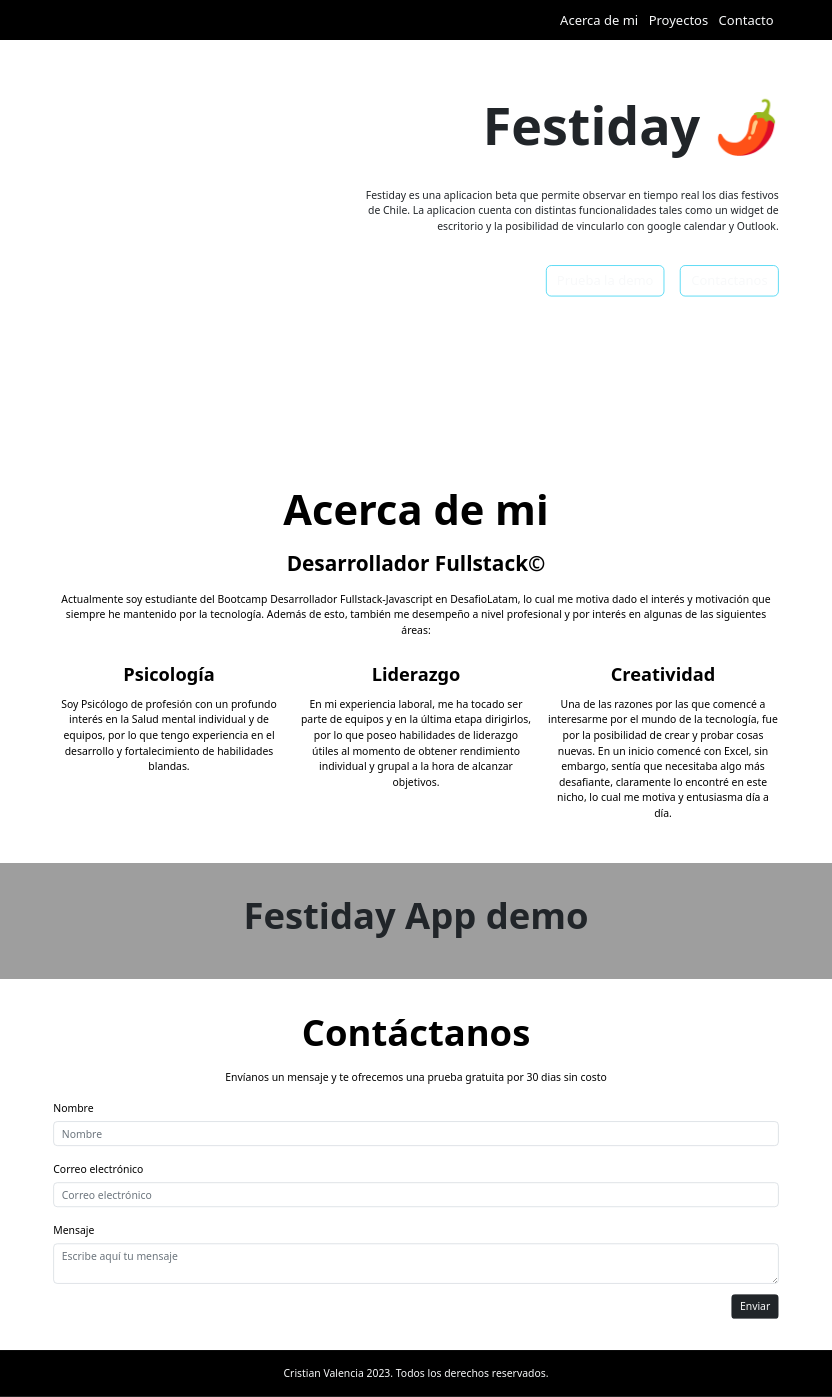
Repository: cvalenciapatagonia/Desafio-4-React-I
Page: /
An editor plug-in stored every save of this project. The page is shown before and after the next save, followed by the edit.
The browser window is 1280 px wide. The pictures show the whole page, at 65% of full size.
Pictures or frames that could not be fetched are drawn as grey boxes. The project was rebuilt for these pictures with package versions that can differ from the ones it lists, and the page was loaded fresh each time. Also part of the build but not shown: vite.config.js, src/App.css.

Above is the page before, as saved 2023-09-07 17:56:44.

### index.html
<!doctype html>
<html lang="en">
  <head>
    <meta charset="UTF-8" />
    <link rel="icon" type="image/svg+xml" href="/vite.svg" />
    <meta name="viewport" content="width=device-width, initial-scale=1.0" />
    <title>Desafio 4 React I</title>
  </head>
  <body>
    <div id="root">


    </div>
    <script type="module" src="/src/main.jsx"></script>
  </body>
</html>

### src/main.jsx

import React from 'react'
import ReactDOM from 'react-dom/client'
import App from './App.jsx'

import './index.css'


ReactDOM.createRoot(document.getElementById('root')).render(
  <React.StrictMode>
    <App />
  </React.StrictMode>,
)

### src/App.jsx
import React, { useState } from "react";
import "./App.css";
import "bootstrap/dist/css/bootstrap.min.css";
// import MiApi from './components/MiApi';
// import Buscador from './components/Buscador';

function App() {
  const [sortOption, setSortOption] = useState("asc"); // Estado para almacenar la opción de ordenamiento

  return (
    <div className="App">
      <header>
        {/* BARRA DE NAVEGACION */}
        <nav className="navbar navbar-expand-lg navbar-dark fixed-top navbar-custom">
          <div className="container">
            {/* <img src="assets/img/logo.png" className="img-fluid img-logo" /> */}
            <button
              className="navbar-toggler"
              type="button"
              data-bs-toggle="collapse"
              data-bs-target="#navbarTogglerDemo01"
              aria-controls="navbarTogglerDemo01"
              aria-expanded="false"
              aria-label="Toggle navigation"
            >
              <span className="navbar-toggler-icon"></span>
            </button>
            <div className="collapse navbar-collapse" id="navbarTogglerDemo01">
              <a className="navbar-brand" href="#"></a>
              <ul className="navbar-nav ms-auto mb-2 mb-lg-0 fs-5">
                <li className="nav-item">
                  <a
                    className="nav-link active text-light"
                    aria-current="page"
                    href="#Acerca-de-mi"
                  >
                    Acerca de mi
                  </a>
                </li>
                <li className="nav-item">
                  <a
                    className="nav-link active text-light"
                    href="#Mis-proyectos"
                  >
                    Proyectos
                  </a>
                </li>
                <li className="nav-item">
                  <a className="nav-link active text-light" href="#Contacto">
                    Contacto
                  </a>
                </li>
              </ul>
            </div>
          </div>
        </nav>
        {/* Fin de la barra de navegación */}
      </header>

      <section id="Hero-Section" className="text-dark text-end py-5 mt-5">
        <div className="container">
          <div className="ms-auto col-12 col-md-7">
            <h1 className="display-1 fw-bold my-5">
              Festiday 🌶️ {/* El signo agregado significa "cursando" */}
            </h1>
            <p className="my-5">
              Festiday es una aplicacion beta que permite observar en tiempo
              real los dias festivos de Chile. La aplicacion cuenta con
              distintas funcionalidades tales como un widget de escritorio y la
              posibilidad de vincularlo con google calendar y Outlook.
            </p>
            <div className="mb-5 pb-5">
              <a
                className="btn btn-lg btn-outline-info text-light me-4"
                href="#Mis-proyectos"
              >
                Prueba la demo
              </a>
              <a
                className="btn btn-lg btn-outline-info text-light"
                href="#Contacto"
              >
                Contactanos
              </a>
            </div>
          </div>
        </div>
      </section>

      {/* ACERCA DE MI */}
      <section id="Acerca-de-mi" className="container text-center my-5">
        <h2 className="display-3 fw-bold my-4">Acerca de mi</h2>
        <i className="fas fa-solid fa-laptop-code fa-2x my-3"></i>
        <h3 className="subtitulo2 my-3 fw-bold">Desarrollador Fullstack©</h3>
        <i className="fas fa-solid fa-code fa-2x my-3"></i>

        <p className="my-4">
          Actualmente soy estudiante del Bootcamp Desarrollador
          Fullstack-Javascript en DesafioLatam, lo cual me motiva dado el
          interés y motivación que siempre he mantenido por la tecnología.
          Además de esto, también me desempeño a nivel profesional y por interés
          en algunas de las siguientes áreas:
        </p>

        <div className="row">
          <div className="col-12 col-md-4">
            <i className="fas fa-solid fa-brain fa-3x my-3"></i>
            <h3 className="my-3 fw-bold">Psicología</h3>
            <p className="my-3">
              Soy Psicólogo de profesión con un profundo interés en la Salud
              mental individual y de equipos, por lo que tengo experiencia en el
              desarrollo y fortalecimiento de habilidades blandas.
            </p>
          </div>
          <div className="col-12 col-md-4">
            <i className="fas fa-bullhorn fa-3x my-3"></i>
            <h3 className="my-3 fw-bold">Liderazgo</h3>
            <p className="my-3">
              En mi experiencia laboral, me ha tocado ser parte de equipos y en
              la última etapa dirigirlos, por lo que poseo habilidades de
              liderazgo útiles al momento de obtener rendimiento individual y
              grupal a la hora de alcanzar objetivos.
            </p>
          </div>
          <div className="col-12 col-md-4">
            <i className="fas fa-regular fa-lightbulb fa-3x my-3"></i>
            <h3 className="my-3 fw-bold">Creatividad</h3>
            <p className="my-3">
              Una de las razones por las que comencé a interesarme por el mundo
              de la tecnología, fue por la posibilidad de crear y probar cosas
              nuevas. En un inicio comencé con Excel, sin embargo, sentía que
              necesitaba algo más desafiante, claramente lo encontré en este
              nicho, lo cual me motiva y entusiasma día a día.
            </p>
          </div>
        </div>
      </section>
      {/* Fin de ACERCA DE MI */}

      {/* MIS PROYECTOS */}
      <section id="Mis-proyectos" className="my-5 p-5">
        <div className="container">
          <h2 className="display-4 fw-bold text-center text-dark mb-3">
            Festiday App demo
          </h2>

          <div className="row"></div>
        </div>
      </section>
      {/* Fin de MIS PROYECTOS */}

      {/* CONTACTAME */}
      <section id="Contacto" className="container my-5">
        <h2 className="display-4 fw-bold text-center my-4">Contáctanos</h2>

        <p className="text-center my-4 d-none d-md-block">
          Envíanos un mensaje y te ofrecemos una prueba gratuita por 30 dias sin
          costo
        </p>

        <form>
          <div className="form-group mb-4">
            <label className="mb-2">Nombre</label>
            <input className="form-control" placeholder="Nombre" />
          </div>

          <div className="form-group mb-4">
            <label className="mb-2">Correo electrónico</label>
            <input className="form-control" placeholder="Correo electrónico" />
          </div>

          <div className="form-group">
            <label className="mb-2">Mensaje</label>
            <textarea
              className="form-control"
              placeholder="Escribe aquí tu mensaje"
            ></textarea>
          </div>

          <div className="my-3 text-end">
            <button className="btn bg-dark text-light">Enviar</button>
          </div>
        </form>
      </section>
      {/* Fin de CONTACTAME */}

      {/* FOOTER */}
      <footer className="text-center text-light p-4">
        <p className="mb-0">
          Cristian Valencia 2023. Todos los derechos reservados.
        </p>
      </footer>
      {/* Fin de FOOTER */}
    </div>
  );
}

export default App;

{
  /* <h1>Feriados en Chile</h1> */
}
{
  /* Pasa el estado y la función de cambio de ordenamiento al componente Buscador */
}
{
  /* <Buscador onSortChange={setSortOption} />
<MiApi apiURL="https://api.victorsanmartin.com/feriados/en.json" sortOption={sortOption} /> */
}

### src/index.css
/* :root {
  font-family: Inter, system-ui, Avenir, Helvetica, Arial, sans-serif;
  line-height: 1.5;
  font-weight: 400;

  color-scheme: light dark;
  color: rgba(255, 255, 255, 0.87);
  background-color: #242424;

  font-synthesis: none;
  text-rendering: optimizeLegibility;
  -webkit-font-smoothing: antialiased;
  -moz-osx-font-smoothing: grayscale;
  -webkit-text-size-adjust: 100%;
}

a {
  font-weight: 500;
  color: #646cff;
  text-decoration: inherit;
}
a:hover {
  color: #535bf2;
}

body {
  margin: 0;
  display: flex;
  place-items: center;
  justify-content: center;
  min-width: 320px;
  min-height: 100vh;
}

h1 {
  font-size: 3.2em;
  line-height: 1.1;
}

table {
  width: 100%;
  border-collapse: collapse;
}

table th, table td {
  text-align: start;
  padding: 8px;
  border: 1px solid #ddd;
}


table th {
  background-color: rgb(198, 43, 43);
  font-weight: bold;
}
 */

 .navbar-custom {
  background-color: rgb(0, 0, 0);
}

.img-logo {
  height: 250px;
  width: 350px;
}

@media (max-width: 576px) {
  .img-logo {
    height: 150px;
    width: 250px;
  }
}

#Hero-Section {
  background-repeat: no-repeat;
  background-size: cover;
  background-position: left;
  height: 650px;
}

/* #Mis-proyectos .image-top {
  height: 250px;
  background-repeat: no-repeat;
  background-size: cover;
  background-position: center;
} */

#Mis-proyectos {
  background-image: url("../img/fondo\ \(7\).jpg");
  background-repeat: no-repeat;
  background-size: cover;
  background-position: left;
}

#Acerca-de-mi {
  color: black;
}

#Contacto {
  color: black;
}

footer {
  background-color: black;
}

.button-custom {
  background-color: black;
}

.subtitulo2 {
  display: inline;
  font-size: 2em;
}

@media only screen and (max-width: 576px) {
  .subtitulo2 {
    font-size: 1.2rem;
    line-height: 1.2;
  }
}

After the next save:
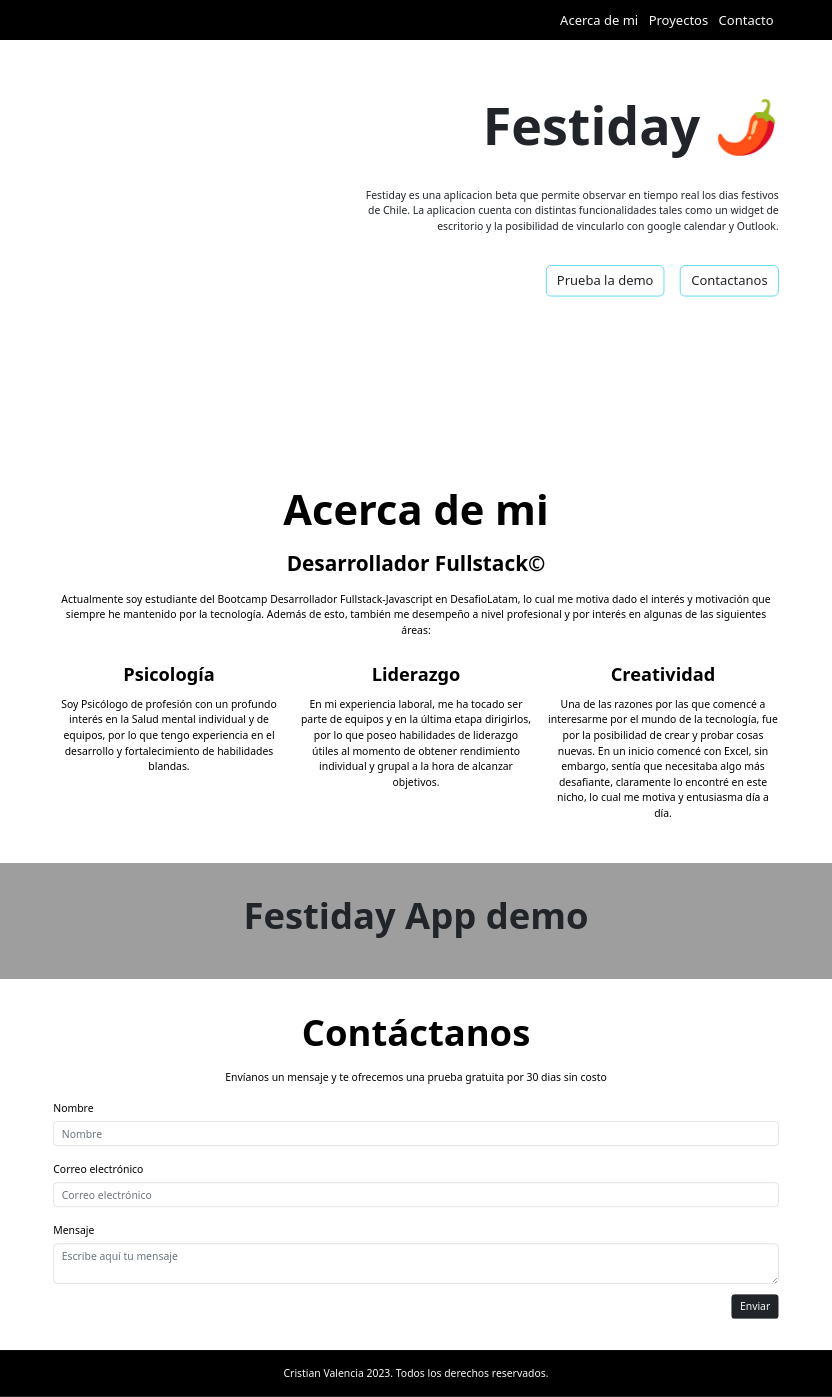
Saved 9 s later.
--- a/src/App.jsx
+++ b/src/App.jsx
@@ -71,13 +71,13 @@
             </p>
             <div className="mb-5 pb-5">
               <a
-                className="btn btn-lg btn-outline-info text-light me-4"
+                className="btn btn-lg btn-outline-info text-dark me-4"
                 href="#Mis-proyectos"
               >
                 Prueba la demo
               </a>
               <a
-                className="btn btn-lg btn-outline-info text-light"
+                className="btn btn-lg btn-outline-info text-dark"
                 href="#Contacto"
               >
                 Contactanos
